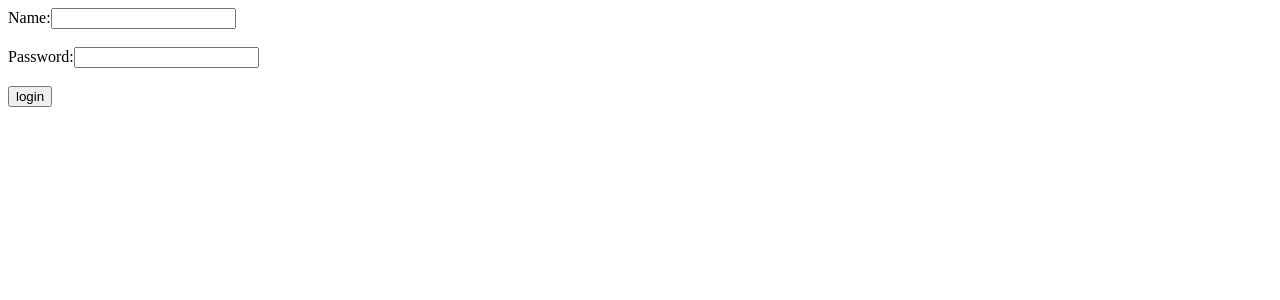
Repository: GOUTHAMREDDY1198/DBS_SPRING
Page: http://localhost/EmployeeTable/
An editor plug-in stored every save of this project. The page is shown before and after the next save, followed by the edit.
The browser window is 1280 px wide. The pictures show the whole page.
The page is served by Tomcat 9. Other server files are loaded and not shown.

Above is the page before, as saved 2020-11-10 13:35:12.

### EmployeeTable/WebContent/index.jsp
<form action="login" method="get">
Name:<input type="text" name="name"/><br/><br/>
Password:<input type="password" name="password"/><br/><br/>
<input type="submit" value="login"/>
</form>

After the next save:
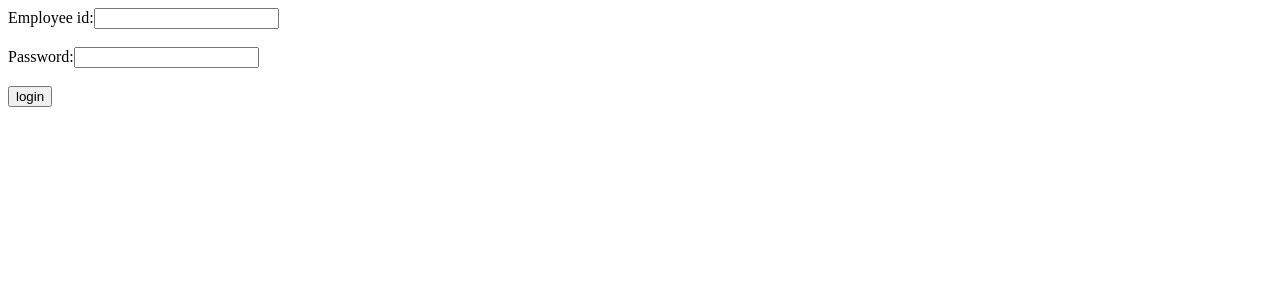
Saved 78 min 48 s later.
--- a/EmployeeTable/WebContent/index.jsp
+++ b/EmployeeTable/WebContent/index.jsp
@@ -1,5 +1,5 @@
 <form action="login" method="get">
-Name:<input type="text" name="name"/><br/><br/>
+Employee id:<input type="text" name="name"/><br/><br/>
 Password:<input type="password" name="password"/><br/><br/>
 <input type="submit" value="login"/>
 </form>
